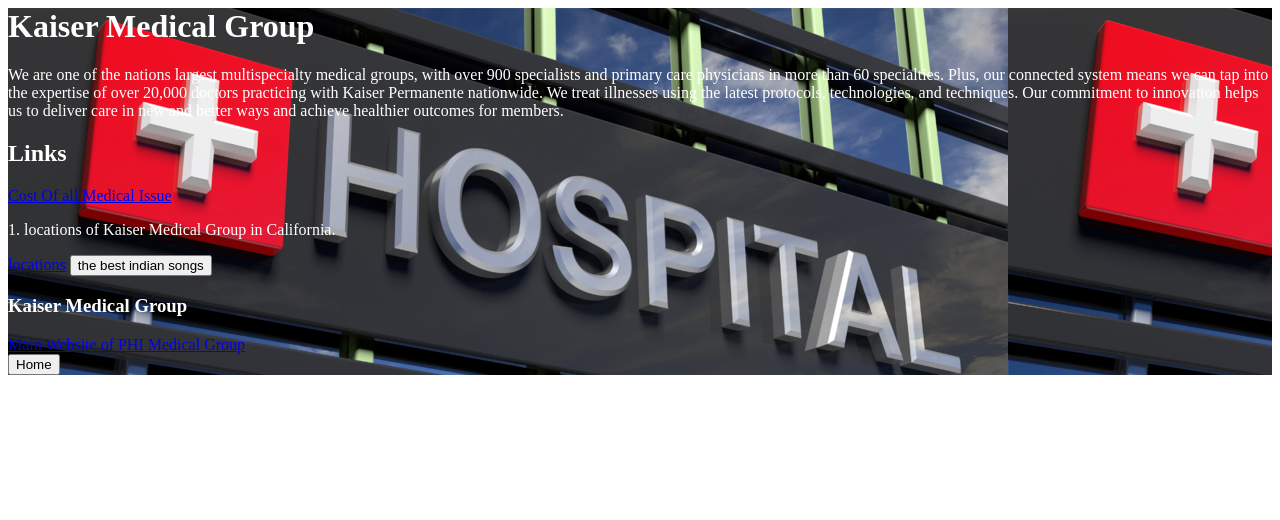
Repository: prathampatel1/pratham12.github.io
Page: choose your hosital/project.html
The author's editor kept a record of every edit. The page is drawn from the files as they stood at one moment, then again after the next edit.
The browser window is 1280 px wide. The pictures show the whole page.

Above is the page before.

After the next edit:
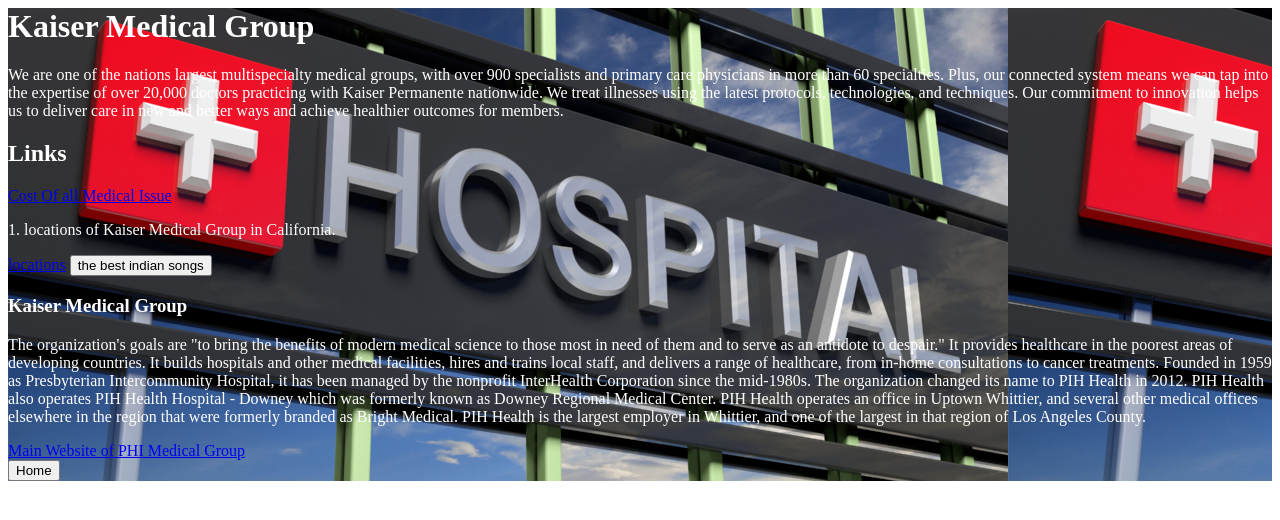
The edit:
--- a/choose your hosital/project.html
+++ b/choose your hosital/project.html
@@ -20,7 +20,7 @@
 <button onclick="window.location.href = 'https://www.youtube.com/watch?v=FxE1p2IlgIg';">the best indian songs </button>
 
 <h3>Kaiser Medical Group </h3>
-<p></p>
+<p>The organization's goals are "to bring the benefits of modern medical science to those most in need of them and to serve as an antidote to despair." It provides healthcare in the poorest areas of developing countries. It builds hospitals and other medical facilities, hires and trains local staff, and delivers a range of healthcare, from in-home consultations to cancer treatments. Founded in 1959 as Presbyterian Intercommunity Hospital, it has been managed by the nonprofit InterHealth Corporation since the mid-1980s. The organization changed its name to PIH Health in 2012. PIH Health also operates PIH Health Hospital - Downey which was formerly known as Downey Regional Medical Center. PIH Health operates an office in Uptown Whittier, and several other medical offices elsewhere in the region that were formerly branded as Bright Medical. PIH Health is the largest employer in Whittier, and one of the largest in that region of Los Angeles County.</p>
 
 <a href="https://www.pihhealth.org/" target="_blank">Main Website of PHI Medical Group</a>
 
